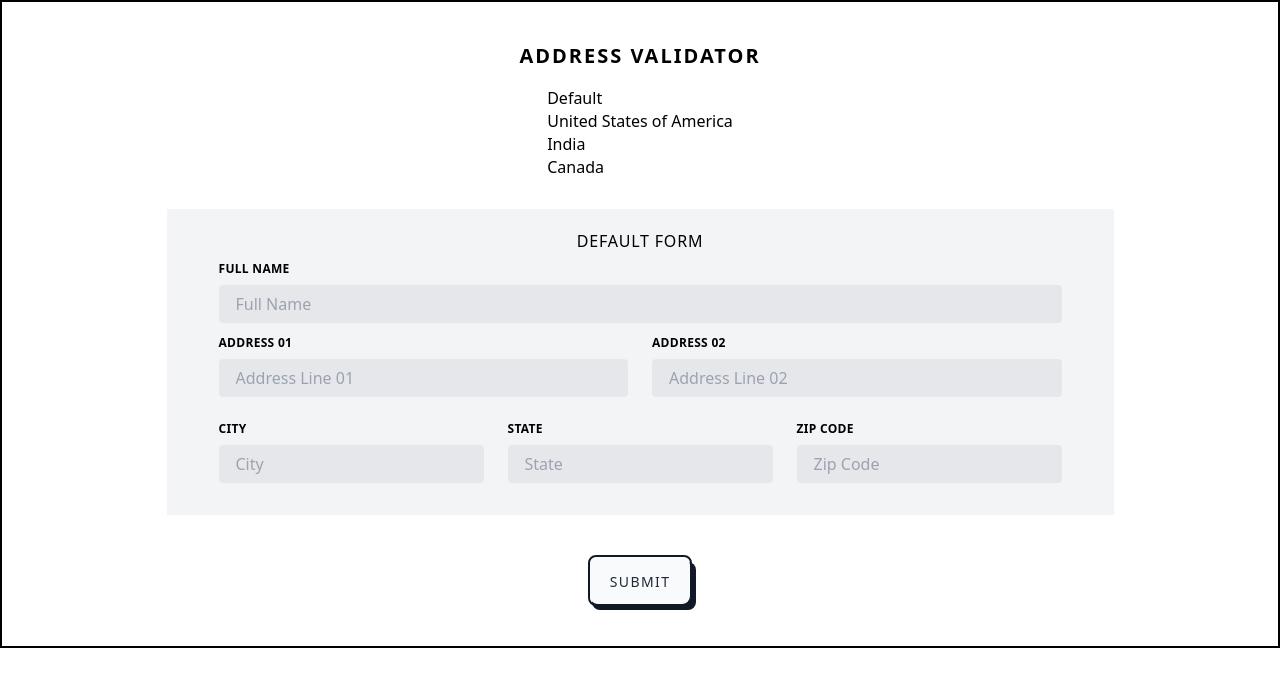
Repository: jay-singhvi/SWArchDesign_TeamProject
Page: / (app in frontend/address-validation/)
The author's editor kept a copy of each file at every save. The page is drawn from the files as they stood at one save, then again after the next save.
The browser window is 1280 px wide. The pictures show the whole page.
The project was rebuilt for these pictures with package versions that can differ from the ones it lists, and the page was loaded fresh each time. Also part of the build but not shown: frontend/address-validation/src/App.css.

Above is the page before, as saved 2023-03-07 18:13:43.

After the next save:
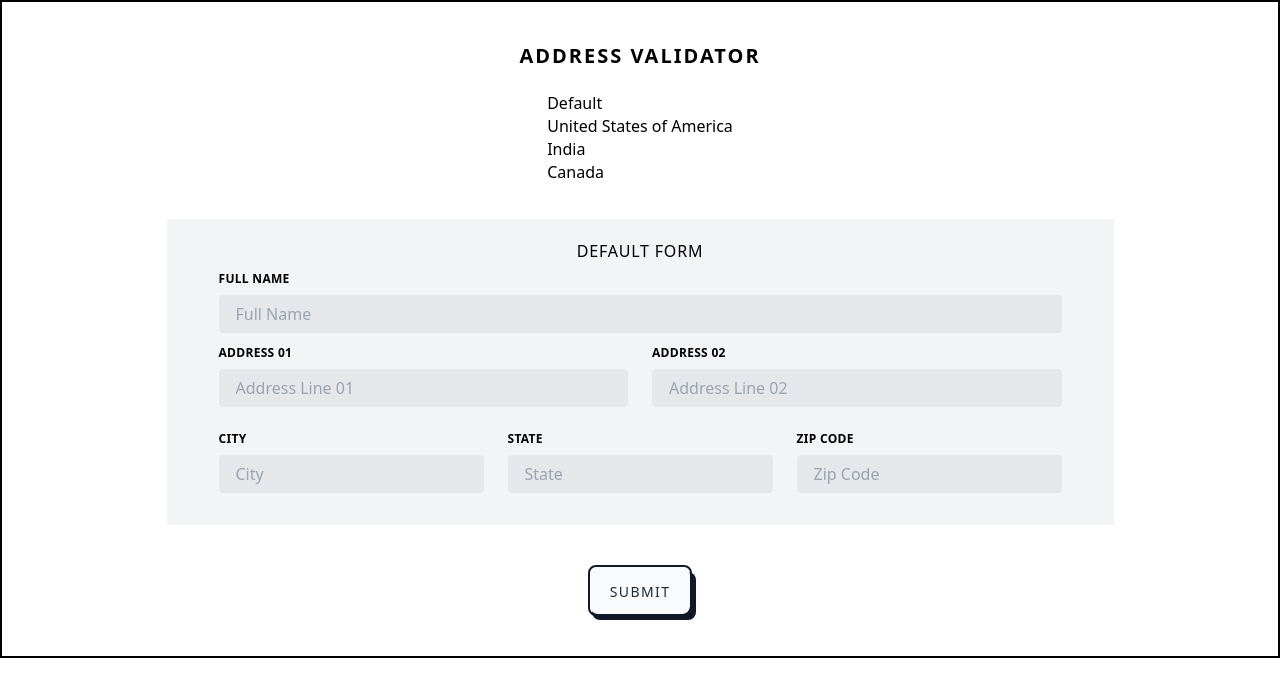
Saved 4 s later.
--- a/frontend/address-validation/src/App.js
+++ b/frontend/address-validation/src/App.js
@@ -156,7 +156,7 @@ function App() {
         </h1>
         <div className="mt-3">
           <select
-          style={{ padding:5}}
+          style={{ padding:10}}
             // className=" p-5 outline-none focus:outline-none"
             multiple
             value={countryList}
